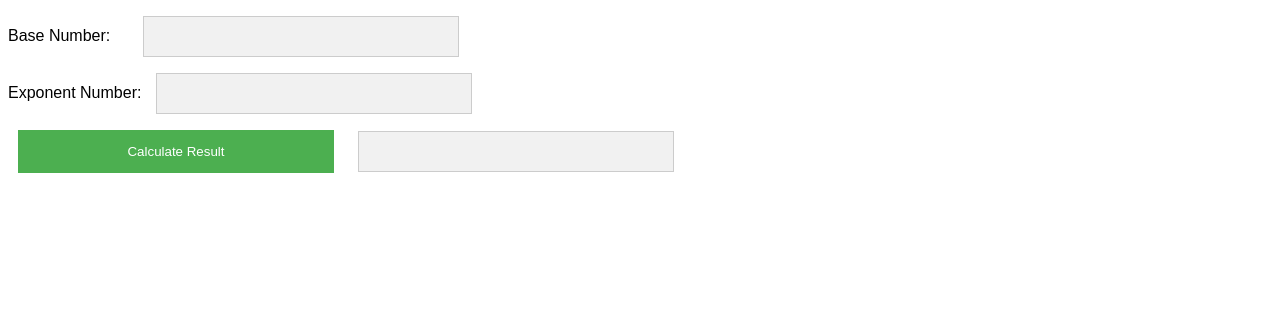
Repository: DeepaliKalagate/PowerCalculatorAPI
Page: PowerFunctionCalculator/src/main/resources/PowerFunction.html
The author's editor kept a copy of each file at every save. The page is drawn from the files as they stood at one save, then again after the next save.
The browser window is 1280 px wide. The pictures show the whole page.

Above is the page before, as saved 2020-02-09 06:08:46.

### PowerFunctionCalculator/src/main/resources/PowerFunction.html
<html>
<head>

<script src="https://ajax.googleapis.com/ajax/libs/jquery/3.3.1/jquery.min.js"></script>
</head>
<style>
body {font-family: Arial, Helvetica, sans-serif;}

/* Full-width input fields */
input[type=text], input[type=text],input[type=text]
{
  width: 25%;
  padding: 12px 20px;
  margin: 8px 10px;
  display: inline-block;
  border: 1px solid #ccc;
  box-sizing: border-box;
  background: #f1f1f1;

}

/* Set a style for button */
input[type=submit] {
  background-color: #4CAF50;
  color: white;
  padding: 14px 20px;
  margin: 8px 10px;
  border: none;
  cursor: pointer;
  width: 25%;
}

input:hover {
  opacity: 0.8;
}
<title> Calculator</title>
</style>

    <title>Calculator</title>

<body>

Base Number:    &nbsp;&nbsp;&nbsp;  <input type="text" id="baseNumber" name="base"><br>

Exponent Number:  <input type="text" id="exponentNumber" name="exponent"><br>

<input type="submit" id="submit" value="Calculate Result">

<input type="text" id="result" name="result">


<script>
$(document).ready(function(){
  $("#submit").click(function(){


    var result=document.getElementById("result").value
console.log(result)
 var baseNumber=document.getElementById("baseNumber").value
 var exponentNumber=document.getElementById("exponentNumber").value


url="http:localhost:8080/calculator/calculate"
data=JSON.stringify({
"firstNumber":baseNumber,
"secondNumber":exponentNumber})


$.ajax({
  url:url,
  type:"POST",
  data:data,
  contentType:"application/json; charset=utf-8",
  dataType:"json",
  success: function(data){


document.getElementById("result").value=data;
  }
})

  });
});

</script>





</body>
</html>

After the next save:
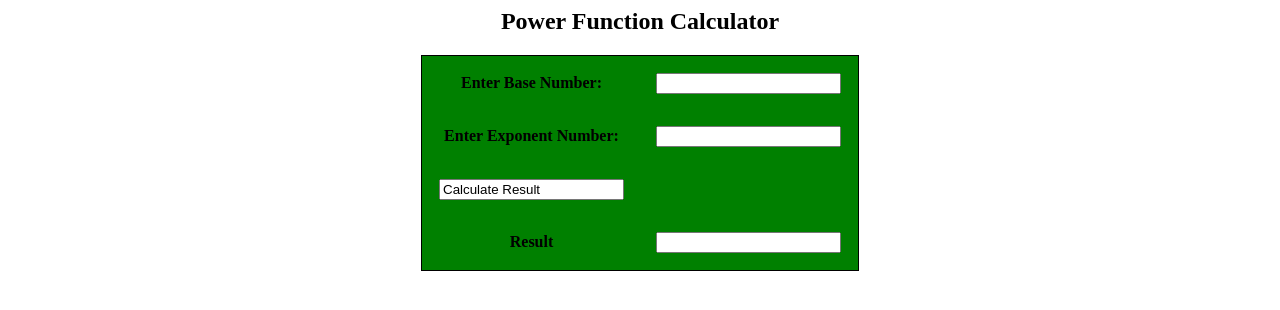
Saved 26 min 20 s later.
--- a/PowerFunctionCalculator/src/main/resources/PowerFunction.html
+++ b/PowerFunctionCalculator/src/main/resources/PowerFunction.html
@@ -4,51 +4,43 @@
 <script src="https://ajax.googleapis.com/ajax/libs/jquery/3.3.1/jquery.min.js"></script>
 </head>
 <style>
-body {font-family: Arial, Helvetica, sans-serif;}
-
-/* Full-width input fields */
-input[type=text], input[type=text],input[type=text]
-{
-  width: 25%;
-  padding: 12px 20px;
-  margin: 8px 10px;
-  display: inline-block;
-  border: 1px solid #ccc;
-  box-sizing: border-box;
-  background: #f1f1f1;
+table {
+  width:30%;
+}
+table{
+  border: 1px solid black;
 
 }
-
-/* Set a style for button */
-input[type=submit] {
-  background-color: #4CAF50;
-  color: white;
-  padding: 14px 20px;
-  margin: 8px 10px;
-  border: none;
-  cursor: pointer;
-  width: 25%;
+th, td {
+  padding: 15px;
+  text-align: center;
 }
-
-input:hover {
-  opacity: 0.8;
+table{
+ background-color: green;
 }
-<title> Calculator</title>
 </style>
-
-    <title>Calculator</title>
-
 <body>
-
-Base Number:    &nbsp;&nbsp;&nbsp;  <input type="text" id="baseNumber" name="base"><br>
-
-Exponent Number:  <input type="text" id="exponentNumber" name="exponent"><br>
-
-<input type="submit" id="submit" value="Calculate Result">
-
-<input type="text" id="result" name="result">
+<center>
+<h2>Power Function Calculator</h2></center>
 
 
+<table align="center">
+  <tr>
+    <th>Enter Base Number:</th>
+    <th><input type:"text" id="baseNumber" name="base"></th>
+  </tr>
+  <tr>
+    <th>Enter Exponent Number:</th>
+    <td><input type:"text" id="exponentNumber" name="exponent"></td>
+  </tr>
+  <tr>
+    <td><input type:"submit" id="submit" value="Calculate Result"></td>
+  </tr>
+  <tr>
+  <th>Result</th>
+    <td><input type:"text" id="result" name="result"></td>
+  </tr>
+</table>
 <script>
 $(document).ready(function(){
   $("#submit").click(function(){
